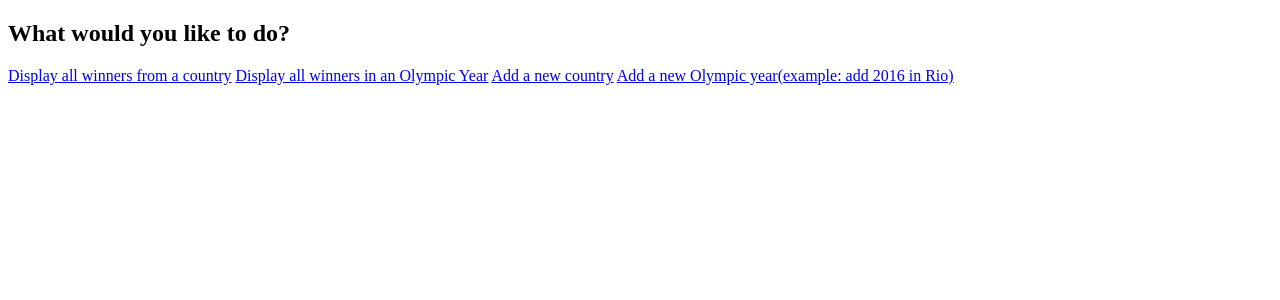
Repository: dudleydalton/Midterm
Page: http://localhost/
The author's editor kept a record of every edit. The page is drawn from the files as they stood at one moment, then again after the next edit.
The browser window is 1280 px wide. The pictures show the whole page.
The page is run by PHP 8.4 with error messages shown; the project is at /var/www/html/. Queries for data that is not in the repository find no rows.

Above is the page before.

### index.php
<!DOCTYPE html>
<html>
    <head>
        <title>Midterm</title>
    </head>
<body>
<?php
    $servername = "localhost";
    $username = 'siteuser';
    $password = 'mypass';
    $dbname="Olympics";

    //create connection
    $conn = new mysqli($servername, $username, $password, $dbname);

    //check connection
    if ($conn->connect_error) {
     die("Connection failed: " . $conn->connect_error);
    }

    //create the query to get the categories
    $query = "SELECT semester FROM course";
    $result = $conn->query($query);

    //Create dropdown list
    ?>
    <h2>What would you like to do?</h2>
    <a href="DisplayCountryWinners.php">Display all winners from a country</a>
    <a href="DisplayWinnersYear.php">Display all winners in an Olympic Year</a>
    <a href="AddCountry.php">Add a new country</a></option>
    <a href="AddYear.php">Add a new Olympic year(example: add 2016 in Rio)</a>
        <?php


        if(isset($_POST['semesterChosen']))
        {
        $semesterChosen = $_POST['semesterChosen'];
        $subjectChosen = $_POST['subjectChosen'];

        //dont have to specify which table every time
        //$query = "SELECT * FROM course
        //WHERE course.semester = '$semesterChosen'
        //AND coursesubject ='$subjectChosen'";

        //retrieve all classes
        $query = "SELECT * FROM course
        WHERE semester = '$semesterChosen'
        AND subject ='$subjectChosen'";
        $classes = $conn->query($query);

        //retrieve all instructors
        $query = "SELECT * FROM instructor";
        $instructors = $conn->query($query);

        //retrieve all rooms
        $query = "SELECT * FROM room";
        $rooms = $conn->query($query);

        //retrieve all schedules
        $query = "SELECT * FROM schedule";
        $schedule = $conn->query($query);

        echo "<br>";

        ?>
            <?php

            if ($classes->num_rows > 0) {
                // output data of each row
                while($row = $classes->fetch_assoc() and $row2 = $instructors->fetch_assoc() and $row3 = $rooms->fetch_assoc() and $row4 = $schedule->fetch_assoc()) {
                    ?>
                    <table>
                    <tr>
                        <td colspan='7' id="tdfirst"><?php echo $row["subject"]. " ".$row["courseNum"]; ?></td>
                    </tr>
                    <tr>
                        <td id="td1" colspan='7'><?php echo $row["courseName"]; ?> </td>
                    </tr>
                    <tr>
                        <td id="td1" colspan='7'><?php echo "Credits: 3"; ?></td>
                    </tr>
                    <tr>
                        <td id ="td2" colspan='7'><?php echo $row["description"]; ?> </td>
                    </tr>
                    <tr>
                        <th>CRN</th>
                        <th>Section</th>
                        <th>Day</th>
                        <th>Time</th>
                        <th>Location</th>
                        <th>Instructor</th>
                        <th>Begin/End <br> Dates</th>

                    </tr>
                    <tr>
                        <th><?php echo $row["CRN"]; ?></th>
                        <td><?php echo $row["sectionID"]; ?></td>



                        <?php
                        //Print the days and start and end time
                        $CRNCheck = $row["CRN"];
                        //$newquery = "SELECT schedule.* FROM schedule WHERE schedule.courseScheduleID = '$CRNCheck'";
                        $newquery = "SELECT * FROM schedule WHERE schedule.courseScheduleID = '$CRNCheck'";
                        $result = $conn->query($newquery);
                        $row7 = $result->fetch_assoc();
                        ?>
                        <td><?php echo $row7["days"]?></td>

                        <td><?php echo $row7["startTime"]. " - " . $row7["endTime"]; ?></td>

                        <?php
                        //Print the room number and building
                        $check = $row["courseNum"];
                        //$newquery = "SELECT room.* FROM room WHERE room.courseRoom = '$check'";
                        $newquery = "SELECT * FROM room WHERE room.courseRoom = '$check'";
                        $result = $conn->query($newquery);
                        $row5 = $result->fetch_assoc();
                        ?>
                        <td><?php echo $row5["building"]. "-" . $row5["roomNum"]; ?></td>

                        <?php
                        //Print the instructor and the start and end date
                        //$newquery = "SELECT instructor.* FROM instructor WHERE instructor.classTaught = '$check'";
                        $newquery = "SELECT * FROM instructor WHERE instructor.classTaught = '$check'";
                        $result = $conn->query($newquery);
                        $row6 = $result->fetch_assoc();
                        ?>
                        <td><?php echo $row6["lastName"]. ", " . $row6["firstName"]. "<br>" .$row6["initial"]; ?></td>
                        <td><?php echo $row7["startDate"]. " - " . $row7["endDate"]; ?></td>
                    </tr>
                    </table>
                    <?php
                    echo "<br>" . "<br>" . "<br>";
                }
                }else {
                    echo "There is no classes for that subject on the selected semester.";
            }
        }
$conn->close();
?>
</body>
</html>

After the next edit:
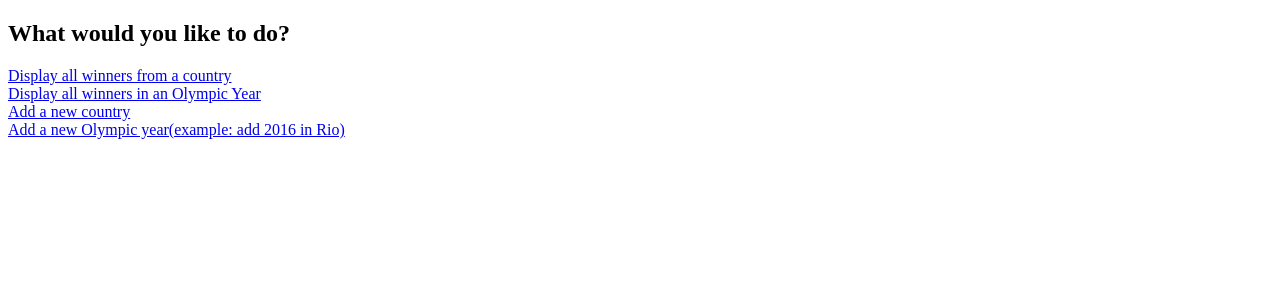
The edit:
--- a/index.php
+++ b/index.php
@@ -26,9 +26,13 @@
     ?>
     <h2>What would you like to do?</h2>
     <a href="DisplayCountryWinners.php">Display all winners from a country</a>
+    <br>
     <a href="DisplayWinnersYear.php">Display all winners in an Olympic Year</a>
+    <br>
     <a href="AddCountry.php">Add a new country</a></option>
+    <br>
     <a href="AddYear.php">Add a new Olympic year(example: add 2016 in Rio)</a>
+    <br>
         <?php
 
 
